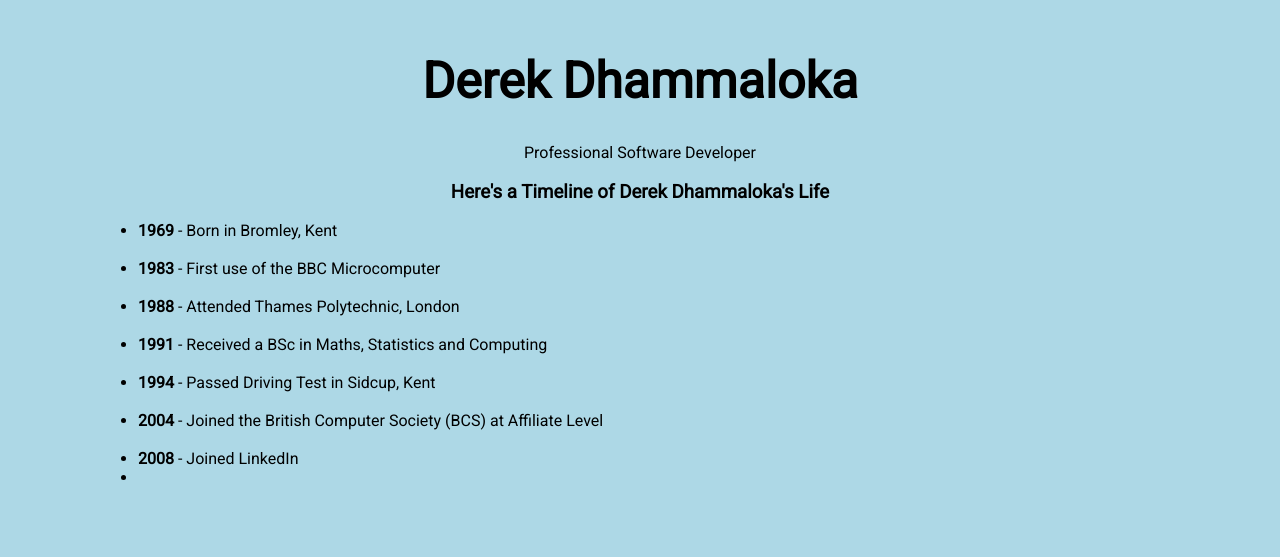
Repository: derektypist/tribute-page
Page: index.html
The author's editor kept a record of every edit. The page is drawn from the files as they stood at one moment, then again after the next edit.
The browser window is 1280 px wide. The pictures show the whole page.

Above is the page before.

### index.html
<!DOCTYPE html>
<html lang="en">

<head>
    <meta charset="UTF-8">
    <meta name="viewport" content="width=device-width, initial-scale=1.0">
    <meta http-equiv="X-UA-Compatible" content="ie=edge">
    <title>Derek Dhammaloka Tribute Page</title>
    <!-- Load Style Sheets -->
    <link href="https://fonts.googleapis.com/css?family=Roboto&display=swap" rel="stylesheet">
    <style>
        /* Background Style */

        #main {
            font-family: "Roboto", Arial, Verdana, sans-serif;
            background-color: lightblue;
            padding: 10px;
            text-align: center;
        }



        /* Title */

        #title {
            font-weight: 900;
            font-size: 50px;
            text-align: center;
        }


        /* Tribute Info */

        #tribute-info {
            font-family: "Roboto", Arial, Verdana, sans-serif;
            text-align: left;
            margin-left: 80px;

        }

        /* Images */

        #img-div {}

        #image {}
    </style>
</head>

<body id="main">
    <!-- Set Header Element -->
    <header>
        <h1 id="title">Derek Dhammaloka</h1>
        <p>Professional Software Developer</p>
    </header>

    <!-- Set Main Element -->
    <main>
        <section>
            <div id="img-div">

            </div>
            <h3>Here's a Timeline of Derek Dhammaloka's Life</h3>
            <!-- Display Tribute Information -->
            <ul id="tribute-info">
                <li><strong>1969 </strong>- Born in Bromley, Kent</li>
                <br>
                <li><strong>1983 </strong>- First use of the BBC Microcomputer</li>
                <br>
                <li><strong>1988 </strong>- Attended Thames Polytechnic, London</li>
                <br>
                <li><strong>1991 </strong>- Received a BSc in Maths, Statistics and Computing</li>
                <br>
                <li><strong>1994 </strong>- Passed Driving Test in Sidcup, Kent</li>
                <br>
                <li><strong>2004 </strong>- Joined the British Computer Society (BCS) at Affiliate Level</li>
                <br>
                <li><strong>2008 </strong>- Joined LinkedIn</li>
                <li></li>
                <br>
            </ul>
        </section>
    </main>
</body>

</html>

After the next edit:
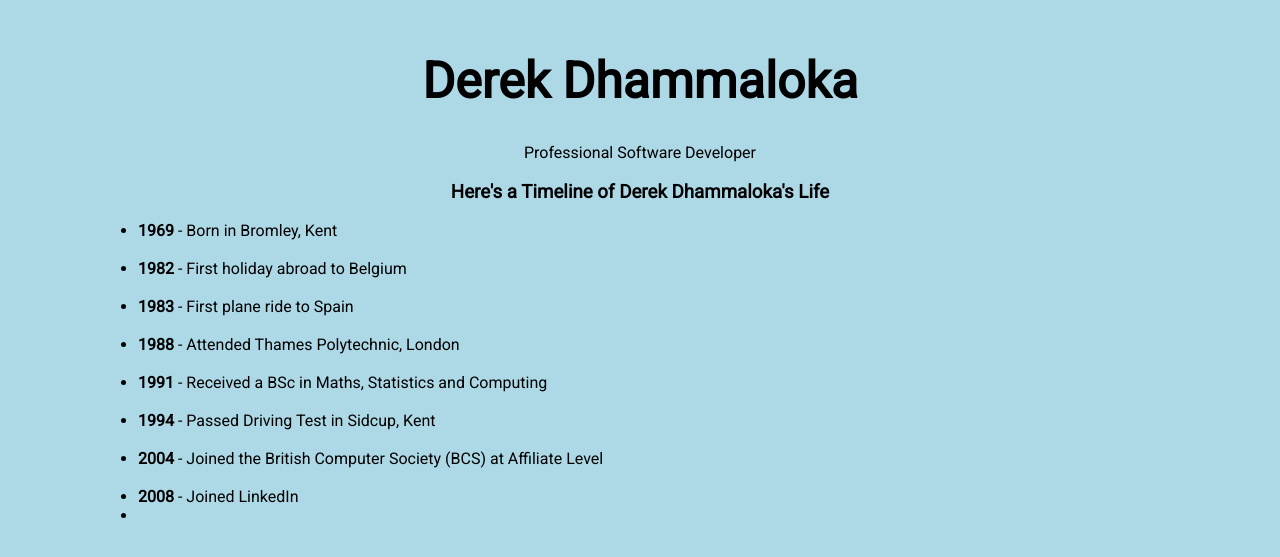
The edit:
--- a/index.html
+++ b/index.html
@@ -64,7 +64,9 @@
             <ul id="tribute-info">
                 <li><strong>1969 </strong>- Born in Bromley, Kent</li>
                 <br>
-                <li><strong>1983 </strong>- First use of the BBC Microcomputer</li>
+                <li><strong>1982 </strong>- First holiday abroad to Belgium</li>
+                <br>
+                <li><strong>1983 </strong>- First plane ride to Spain</li>
                 <br>
                 <li><strong>1988 </strong>- Attended Thames Polytechnic, London</li>
                 <br>
